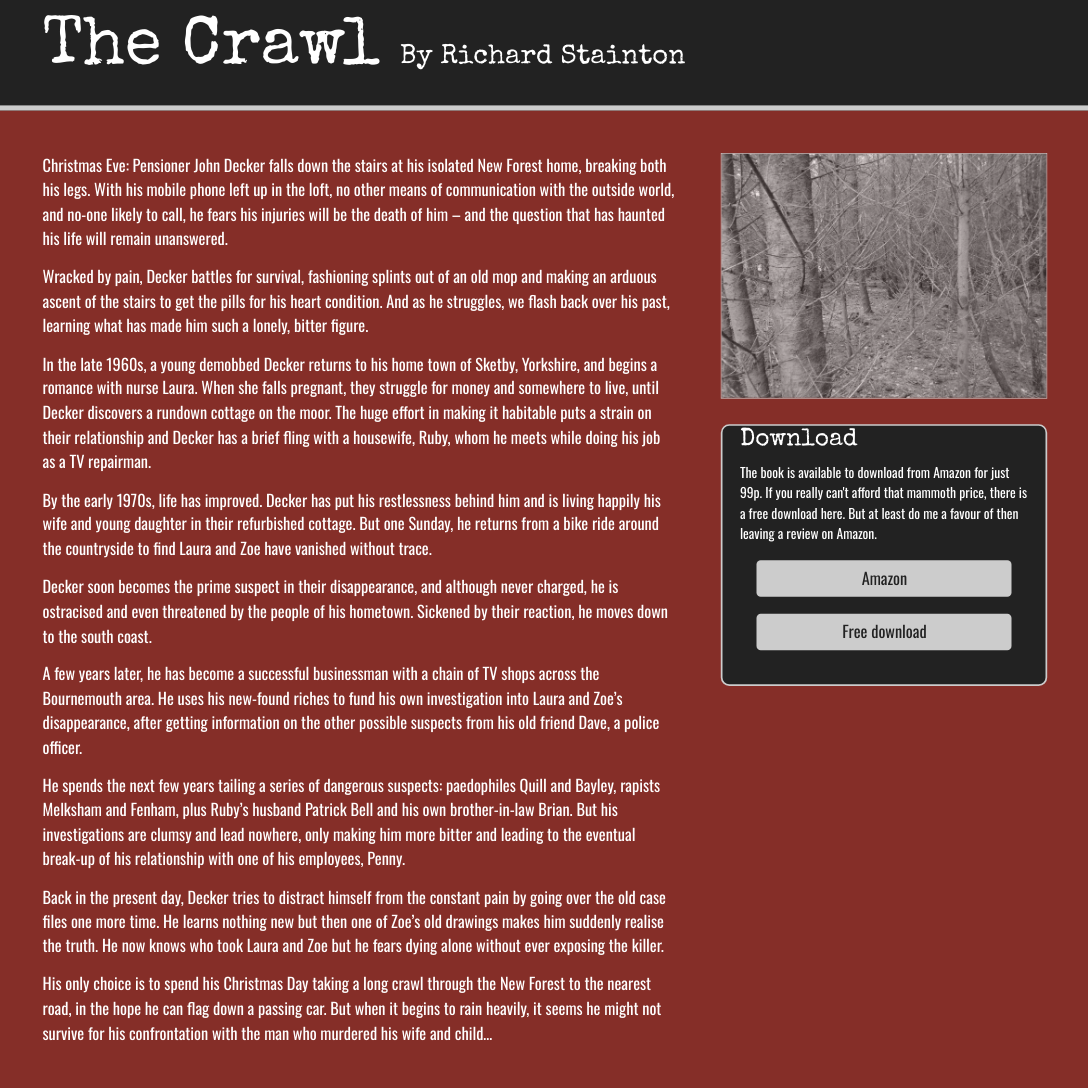
Repository: Domehead123/crawl
Page: index.html
The author's editor kept a record of every edit. The page is drawn from the files as they stood at one moment, then again after the next edit.
The browser window is 1280 px wide. The pictures show the whole page, at 85% of full size.

Above is the page before.

### index.html
<!DOCTYPE html>
<html lang="en">
<head>
    <meta charset="UTF-8">
    <meta name="viewport" content="width=device-width, initial-scale=1.0">
    <meta http-equiv="X-UA-Compatible" content="ie=edge">
    <link rel="stylesheet" href="https://stackpath.bootstrapcdn.com/bootstrap/4.4.1/css/bootstrap.min.css" integrity="sha384-Vkoo8x4CGsO3+Hhxv8T/Q5PaXtkKtu6ug5TOeNV6gBiFeWPGFN9MuhOf23Q9Ifjh" crossorigin="anonymous">
    <link href="https://fonts.googleapis.com/css?family=Oswald|Special+Elite&display=swap" rel="stylesheet">
    <link rel="stylesheet" href="assets/css/style.css" type="text/css" />
    <title>The Crawl</title>
</head>
<body>
    <header>
        <div class="title"><h1>The Crawl</h1></div>
        <div class="author">By Richard Stainton</div>
    </header>
    <main>
        <p>Christmas Eve: Pensioner John Decker falls down the stairs at his isolated New Forest home, breaking both his legs. With his mobile phone left up in the loft, no other means of communication with the outside world, and no-one likely to call, he fears his injuries will be the death of him – and the question that has haunted his life will remain unanswered.</p>
<p>Wracked by pain, Decker battles for survival, fashioning splints out of an old mop and making an arduous ascent of the stairs to get the pills for his heart condition. And as he struggles, we flash back over his past, learning what has made him such a lonely, bitter figure.</p>
<p>In the late 1960s, a young demobbed Decker returns to his home town of Sketby, Yorkshire, and begins a romance with nurse Laura. When she falls pregnant, they struggle for money and somewhere to live, until Decker discovers a rundown cottage on the moor. The huge effort in making it habitable puts a strain on their relationship and Decker has a brief fling with a housewife, Ruby, whom he meets while doing his job as a TV repairman.</p>
<p>By the early 1970s, life has improved. Decker has put his restlessness behind him and is living happily his wife and young daughter in their refurbished cottage. But one Sunday, he returns from a bike ride around the countryside to find Laura and Zoe have vanished without trace.</p>
<p>Decker soon becomes the prime suspect in their disappearance, and although never charged, he is ostracised and even threatened by the people of his hometown. Sickened by their reaction, he moves down to the south coast.</p>
<p>A few years later, he has become a successful businessman with a chain of TV shops across the Bournemouth area. He uses his new-found riches to fund his own investigation into Laura and Zoe’s disappearance, after getting information on the other possible suspects from his old friend Dave, a police officer.</p>
<p>He spends the next few years tailing a series of dangerous suspects: paedophiles Quill and Bayley, rapists Melksham and Fenham, plus Ruby’s husband Patrick Bell and his own brother-in-law Brian. But his investigations are clumsy and lead nowhere, only making him more bitter and leading to the eventual break-up of his relationship with one of his employees, Penny.</p>
<p>Back in the present day, Decker tries to distract himself from the constant pain by going over the old case files one more time. He learns nothing new but then one of Zoe’s old drawings makes him suddenly realise the truth. He now knows who took Laura and Zoe but he fears dying alone without ever exposing the killer.</p>
<p>His only choice is to spend his Christmas Day taking a long crawl through the New Forest to the nearest road, in the hope he can flag down a passing car. But when it begins to rain heavily, it seems he might not survive for his confrontation with the man who murdered his wife and child…</p>

    </main>
    <side>
        <img src="assets/images/trees-mono.jpg">
        <div class="downloads">
            <h2>Download</h2>
        <p>The book is available to download from Amazon for just 99p. If you really can't afford that mammoth price, there is a free download here. But at least do me a favour of then leaving a review on Amazon.</p>
        <div class="button" href="https://www.amazon.co.uk/Crawl-Richard-Stainton-ebook/dp/B0841PFPQ1/ref=sr_1_1?keywords=the+crawl+richard+stainton&qid=1584789270&sr=8-1">Amazon</div>
        <div class="button">Free download</div>
        </div>
    </side>
</body>
</html>

### assets/css/style.css
body {
 background: #852e28;
  font-family: 'Oswald', sans-serif;
  color: #fff;
  margin: 0;
}

header {
    background: #222;
    border-bottom: 6px solid #ccc;
    box-sizing: border-box;
    padding: 10px 0 10px 50px;
}

h1 {
    font-family: 'Special Elite', cursive;
    font-size: 5em;
}

h2 {
    font-family: 'Special Elite', cursive;
    font-size: 1.8em;
}

.title {
  color: #fff;
  display: inline-block;
  width: auto;
  margin: 0 20px 0 0;
}

.author {
    color: #fff;
  font-family: 'Special Elite', cursive;
  font-size: 2em;
  display: inline-block;
  width: 40%;
}

main {
    font-size: 1.2em;
    padding: 50px;
    width: 66%;
    display: inline-block;
    vertical-align: top;
    box-sizing: border-box;
}

main p:first-of-type {
    margin-top: 0;
}

main p:last-of-type {
    margin-bottom: 0;
}

side {
    width: 30%;
    display: inline-block;
    vertical-align: top;
    padding: 50px 0 0 0;
    box-sizing: border-box;
}

side img {
    width: 100%;
    border: 1px solid #ccc;
    opacity: 0.9;
}

.downloads {
    background: #222;
    border: 2px solid #ccc;
    border-radius: 10px;
    padding: 0 20px 20px 20px;
    margin-top: 30px;
    box-sizing: border-box;
}

.button {
    background: #ccc;
    color: #222;
    border-radius: 5px;
    width: 300px;
    padding: 7px;
    font-size: 1.2em;
    box-sizing: border-box;
    text-align: center;
    margin: 20px auto;
    transition: 0.4s all;
    max-width: 100%;
    cursor: pointer;
}

.button:hover {
    background: #eee;
}

.button a {
    display: inline-block;
    width: 100%;
    height: 100%;
    text-decoration: none;
    transition: 0.4s all;
    color: #222;
}

.button:hover a {
     text-decoration: underline;
}

footer {
    text-align: center;
    padding: 10px;
}

@media only screen and (max-width: 768px) {

  h1 {
      margin-bottom: 20px;
      }


 .title {
      width: 100%;
      margin: 0;
      }

  .author {
      width: 100%;
      margin: 0 0 30px 0;
  }

  main {
    width: 100%;
    margin: 0;
  }

   side {
    width: 100%;
    padding: 0;
    margin: 0;
  }

  side img {
      display: none;
  }

  .downloads {
      margin: 0 50px 50px 50px;
  }

}

After the next edit:
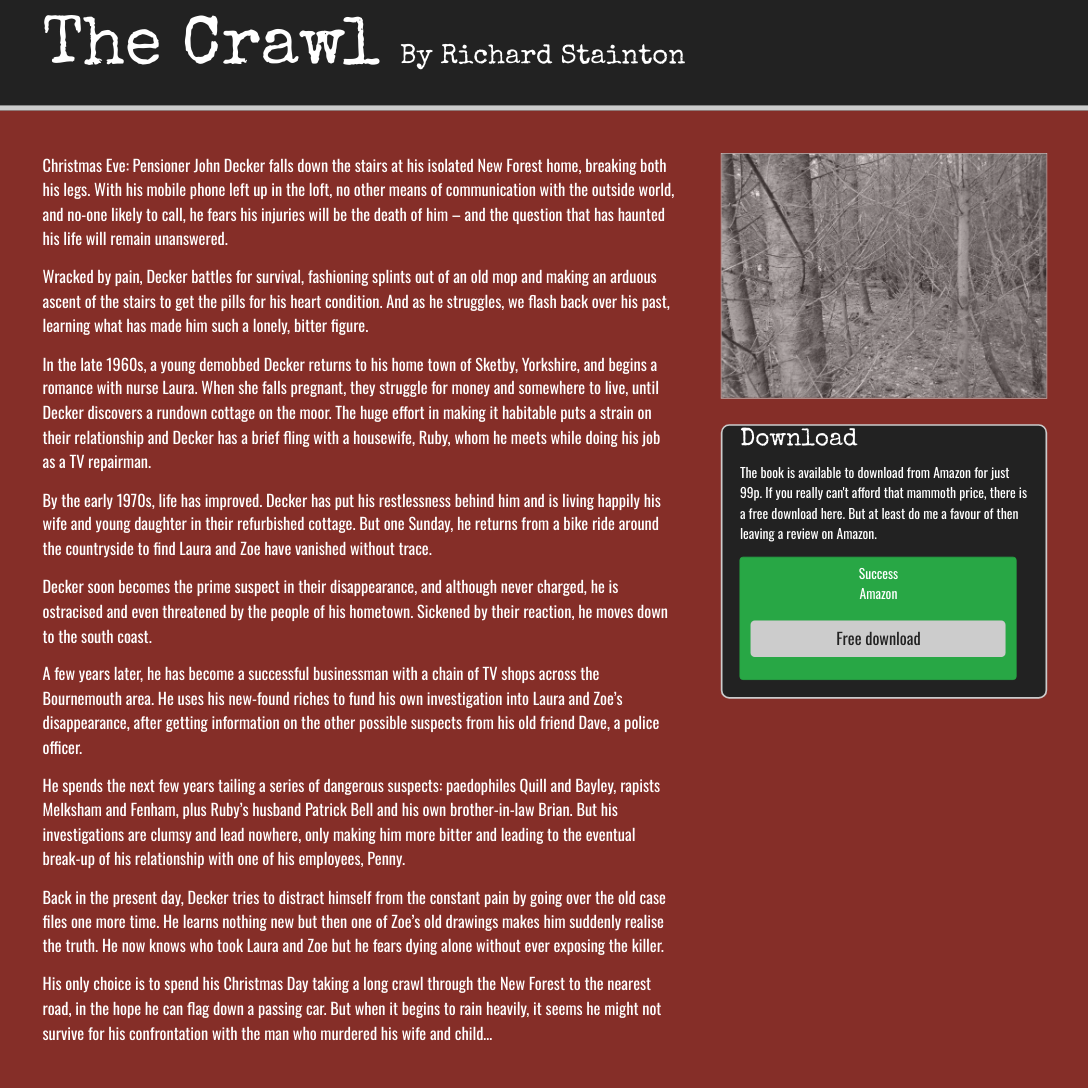
The edit:
--- a/index.html
+++ b/index.html
@@ -31,7 +31,8 @@
         <div class="downloads">
             <h2>Download</h2>
         <p>The book is available to download from Amazon for just 99p. If you really can't afford that mammoth price, there is a free download here. But at least do me a favour of then leaving a review on Amazon.</p>
-        <div class="button" href="https://www.amazon.co.uk/Crawl-Richard-Stainton-ebook/dp/B0841PFPQ1/ref=sr_1_1?keywords=the+crawl+richard+stainton&qid=1584789270&sr=8-1">Amazon</div>
+        <div class="btn btn-success">Success</button>
+        <div class=".btn-success" href="https://www.amazon.co.uk/Crawl-Richard-Stainton-ebook/dp/B0841PFPQ1/ref=sr_1_1?keywords=the+crawl+richard+stainton&qid=1584789270&sr=8-1">Amazon</div>
         <div class="button">Free download</div>
         </div>
     </side>
